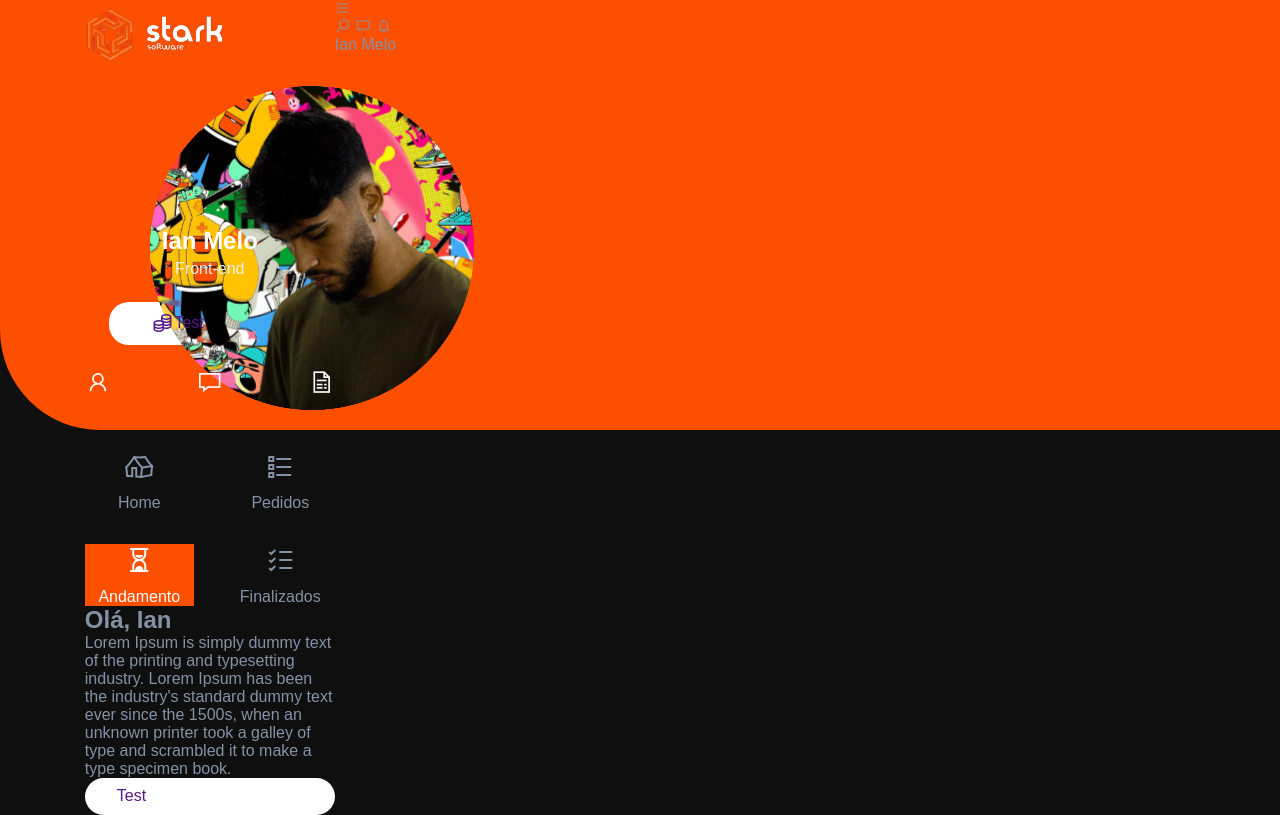
Repository: ichumbo/StarkDashboard
Page: index.html
These files come from the project's save history. The page is drawn as it stood at one moment and after the next save; the edit follows.
The browser window is 1280 px wide. The pictures show the whole page.
Pictures or frames that could not be fetched are drawn as grey boxes.

Above is the page before, as saved 2023-06-06 18:54:04.

After the next save:
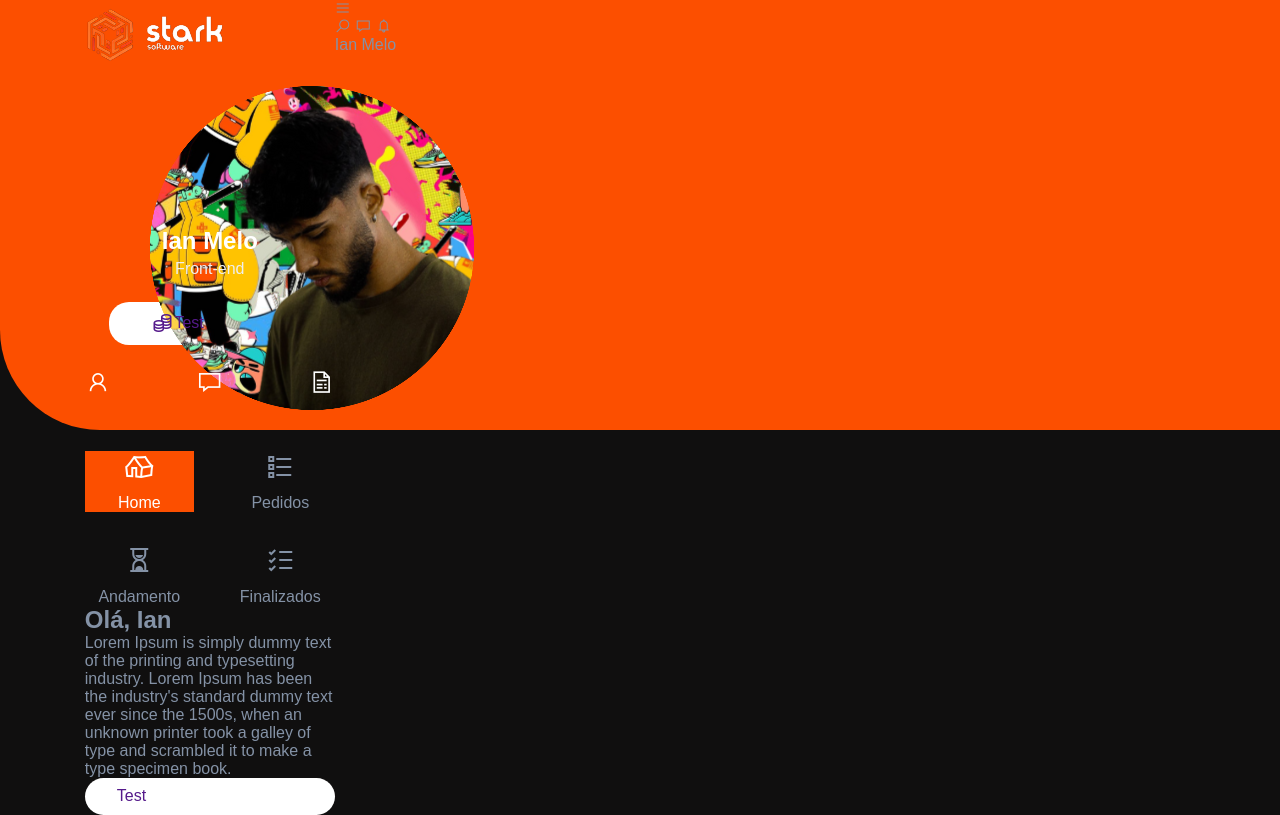
Saved 57 s later.
--- a/index.html
+++ b/index.html
@@ -47,7 +47,7 @@
 
             <div class="sidebar-menu">
                 <div class="menu-item">
-                    <a href="">
+                    <a href="" class="active">
                         <span class="las la-campground"></span>
                         <span>Home</span>
                     </a>
@@ -61,7 +61,7 @@
                 </div>
 
                 <div class="menu-item">
-                    <a href="" class="active">
+                    <a href="">
                         <span class="las la-hourglass-half"></span>
                         <span>Andamento</span>
                     </a>
